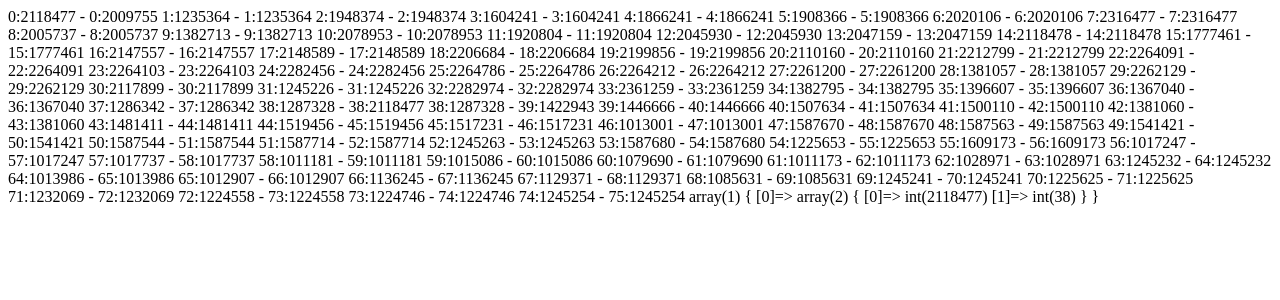
Repository: lokkie/php-simple_framework
Page: http://localhost/tests/UpdateTest.php
The author's editor kept a record of every edit. The page is drawn from the files as they stood at one moment, then again after the next edit.
The browser window is 1280 px wide. The pictures show the whole page.
The page is run by PHP 8.4 with error messages shown; the project is at /var/www/html/.

Above is the page before.

After the next edit:
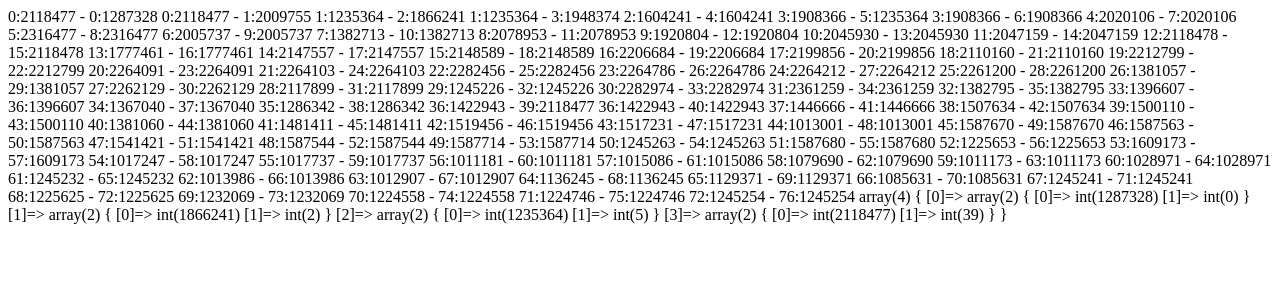
The edit:
--- a/tests/UpdateTest.php
+++ b/tests/UpdateTest.php
@@ -109,7 +109,7 @@
 }
 
 
-updateItems2([ 2009755, 1235364, 1948374, 1604241, 1866241,
+updateItems2([1287328, 2009755, 1866241, 1948374, 1604241, 1235364,
 					1908366, 2020106, 2316477, 2005737, 1382713, 2078953,
 					1920804, 2045930, 2047159, 2118478, 1777461, 2147557,
 					2148589, 2206684, 2199856, 2110160, 2212799, 2264091,
